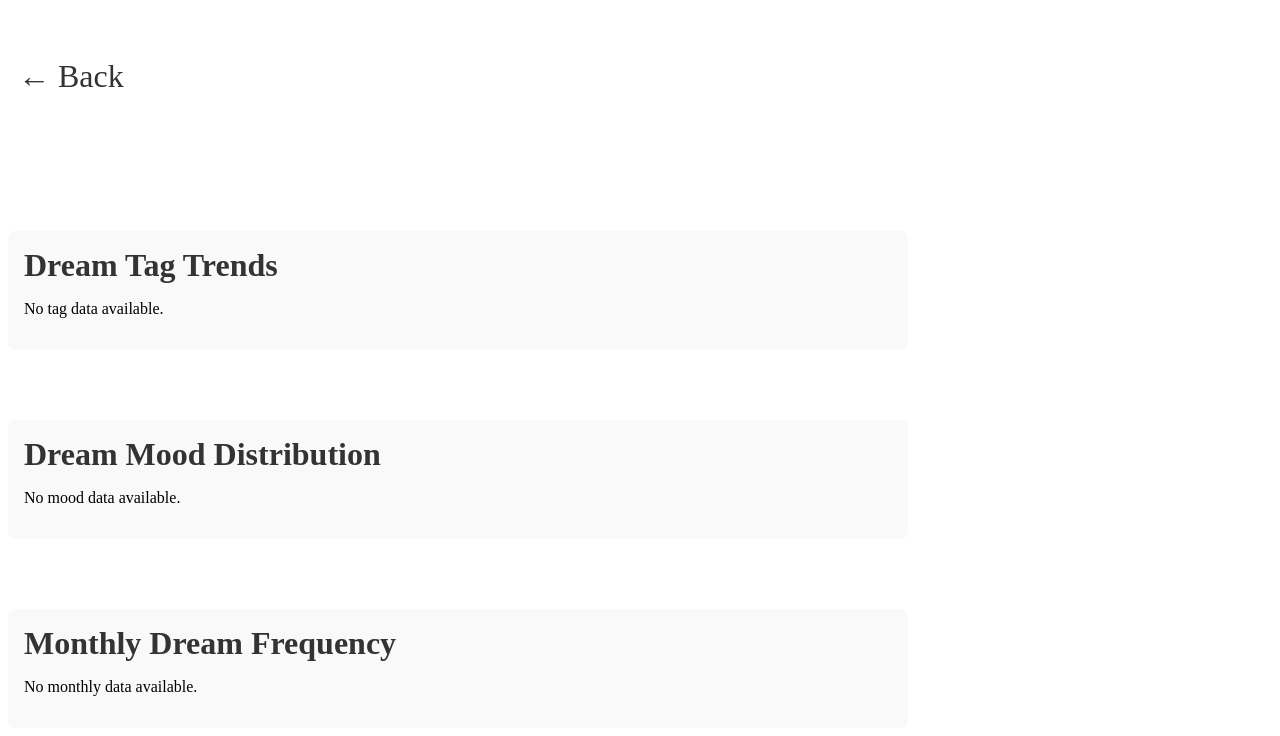
Repository: software-students-spring2025/2-web-app-blabla
Page: templates/analysis.html
An editor plug-in stored every save of this project. The page is shown before and after the next save, followed by the edit.
The browser window is 1280 px wide. The pictures show the whole page.
Some web fonts or font styles are not loaded; a fallback is used. The template is drawn by Flask 3. The application's start-up code is not run. Other server files are loaded and not shown. The template is opened directly, without the code that normally fills it, so the values that code supplies are empty.

Above is the page before, as saved 2025-03-02 15:38:37.

### templates/analysis.html
<!DOCTYPE html>
<html>
  <head>
    <title>Analysis Page</title>
    <link rel="stylesheet" href="/static/css/style.css">
    <link
      href="https://fonts.googleapis.com/css2?family=Indie+Flower&display=swap"
      rel="stylesheet"
    />
    <style>
      /* Center the container and give it a max width */
      .analysis-container {
        max-width: 900px;
        padding: 0;
      }

      /* Style the back link */
      .back-link {
        display: inline-block;
        margin-bottom: 1rem;
        text-decoration: none;
        font-size: 2rem;
        color: #333;
      }
      .back-link:hover {
        text-decoration: underline;
      }
      .trend-container {
        background: #f9f9f9;
        border-radius: 8px;
        padding: 1rem;
      }

      .trend-container + .trend-container {
        margin-top: 0;
        border-top: -10px solid #ddd;
      }

      .trend-container h2 {
        margin: 0 0 1rem;
        font-size: 2rem;
        color: #333;
      }

      .trend-container ul {
        list-style-type: none;
        padding-left: 0;
      }
      .trend-container li {
        margin-bottom: 0.5rem;
        font-size: 1.5rem;
      }
    </style>
  </head>
  <body>
    <div class="analysis-container">
      <!-- Back link -->
      <a class="back-link" href="/home">← Back</a>

      <!-- 1) Tag Trends -->
      <div class="trend-container">
        <h2>Dream Tag Trends</h2>
        {% if tag_trends %}
          <ul>
            {% for trend in tag_trends %}
              <li><strong>{{ trend._id }}:</strong> {{ trend.count }} dreams</li>
            {% endfor %}
          </ul>
        {% else %}
          <p>No tag data available.</p>
        {% endif %}
      </div>

      <!-- 2) Mood Distribution -->
      <div class="trend-container">
        <h2>Dream Mood Distribution</h2>
        {% if mood_trends %}
          <ul>
            {% for trend in mood_trends %}
              <li><strong>{{ trend._id }}:</strong> {{ trend.count }} dreams</li>
            {% endfor %}
          </ul>
        {% else %}
          <p>No mood data available.</p>
        {% endif %}
      </div>

      <!-- 3) Monthly Dream Frequency -->
      <div class="trend-container">
        <h2>Monthly Dream Frequency</h2>
        {% if month_trends %}
          <ul>
            {% for trend in month_trends %}
              <li>
                <strong>{{ trend._id.year }}-{{ trend._id.month }}:</strong>
                {{ trend.count }} dreams
              </li>
            {% endfor %}
          </ul>
        {% else %}
          <p>No monthly data available.</p>
        {% endif %}
      </div>
    </div>
  </body>
</html>

### static/css/style.css
@import url("https://fonts.googleapis.com/css2?family=Indie+Flower&display=swap");

body {
    font-family: 'Indie Flower', cursive;
    overflow-y:hidden
}

nav{
    display: flex;
    align-items: center;
    height: 100px;
    padding: 12px;
}

.home-container{
    padding:12px;
}

.search-icon{
    width: 60px;
    height: 60px;
}

.bubble-container {
    position: absolute;
    left: 50%;
    transform: translateX(-50%);
    display: flex;
    justify-content: center;
    align-items: stretch;
    width: 100vw;
    z-index: 2;
}

.bubble-img{
    height:860px;
    width: 1000px;
}

.bear-container{
    display:flex;
    flex-direction: column;
    justify-content: flex-end;
    height:90vh;
}

.dream-button{
    position:absolute;
    width:260px;
    height:198px;
    z-index: 2;
    font-size: 24pt;
    font-family: 'Indie Flower', cursive;
    top:80%;
    left: 50%;
    transform: translateX(-50%);
    fill:none;
    background-color: white;
    border: 12pt solid black;
    border-radius: 5pt;
}

.edit-container {
    display: flex;
    flex-direction: column;
    justify-content: space-between;
    width: 100vw;
    height: 100vh;
}

#tag-container{
    display:flex;
    justify-content: center;
    align-items: center;
    width:100vw;
    gap:50px;
    padding:12px;
    margin-top:80px;
}

.tag{
    width:156px;
    height:67px;
    font-size:24pt;
    background-color: transparent;
    border: 2pt solid black;
    border-radius: 5pt;

}

.back-link{
    font-size: 24pt;
    text-decoration: none;
    padding:50px 10px;
    color:black;
    display: block;
    text-align: left;
}

.input-container{
    display:flex;
    justify-content:center;
    margin-top: 40px;
}

#dream-description {
    width: 80%;
    max-width: 624px;
    height: 400px;
    padding: 10px;
    font-size: 18px;
    box-sizing: border-box;
    border: 2px solid black;
}

.button-container{
    display:flex;
    justify-content:center;
    gap:15px;
    margin-top:40px;
}

.edit-button{
    width: 156px;
    height:67px;
    font-size:24pt;
    background-color: transparent;
    border: 2px solid black;
    border-radius: 5px
}

.bear{
    display:flex;
    flex-direction: column;
    justify-content: flex-end;
    height:auto;
}

.analysis-container {
    display: flex;
    flex-direction: column;
    justify-content: space-between;
    width: 100vw;
    height: 100vh;
}

#dream-search{
    width:624px;
    height: 42px;
    font-size:24pt;
}

.login-container {
    display: flex;
    flex-direction: column;
    justify-content: center;
    align-items: center;
    width: 100vw;
    height: 100vh;
}

.input-container {
    display: flex;
    flex-direction: column;
    align-items: flex-start;
    margin-bottom: 15px;
}

.input-container label {
    font-size: 18px;
    margin-bottom: 5px;
}

.input-container input {
    width: 260px;
    height: 30px;
    font-size: 16px;
    border: 1px solid black;
    padding: 5px;
}

.button-container {
    margin-top: 20px;
}

.login-button {
    width: 260px;
    height: 40px;
    font-size: 18px;
    background-color: #D9D9D9;
    border: 2px solid black;
    border-radius: 5px;
    cursor: pointer;
}

.signup-text {
    font-size: 14px;
    margin-top: 15px;
}

.signup-link {
    font-size: 18px;
    font-weight: bold;
    text-decoration: none;
    color: black;
}

.login-image {
    width: 125px;
    height: 125px;
}

.signup-container {
    display: flex;
    flex-direction: column;
    justify-content: center;
    align-items: center;
    width: 100vw;
    height: 100vh;
}

.signup-button {
    width: 260px;
    height: 40px;
    font-size: 18px;
    background-color: #D9D9D9;
    border: 2px solid black;
    border-radius: 5px;
    cursor: pointer;
}

.signup-image {
    width: 125px;
    height: 125px;
}

.adddream-container {
    display: flex;
    flex-direction: column;
    justify-content: flex-start;
    align-items: center;
    width: 100vw;
    height: 100vh;
    padding: 20px;
}

.bear-header {
    margin-top: 60px;
    margin-bottom: 20px;
}
.bear-image {
    width: 150px;
    height: auto;
}

.date-container {
    margin-bottom: 20px;
    text-align: left;
    width: 80%;
    max-width: 624px;
}
.date-label {
    display: block;
    font-size: 16px;
    margin-bottom: 8px;
}
.date-inputs {
    display: flex;
    gap: 10px;
}
.date-inputs input {
    width: 90px;
    border: 1px solid black;
    padding: 5px;
    font-size: 16px;
    text-align: center;
}

.tags-container {
    margin-bottom: 20px;
    width: 80%;
    max-width: 624px;
}
.tags-container p {
    font-size: 16px;
    margin-bottom: 10px;
}
.tag {
    background-color: transparent;
    border: 2px solid black;
    border-radius: 5px;
    font-size: 18px;
    margin: 5px;
    padding: 5px 10px;
    cursor: pointer;
}

.description-container {
    width: 80%;
    max-width: 624px;
    margin-bottom: 20px;
}
.description-container label {
    display: block;
    font-size: 16px;
    margin-bottom: 8px;
}
#dream-description {
    width: 100%;
    height: 150px;
    border: 2px solid black;
    font-size: 16px;
    padding: 10px;
    box-sizing: border-box;
}

.save-dream-button {
    width: 220px;
    height: 40px;
    font-size: 18px;
    background-color: #D9D9D9;
    border: 2px solid black;
    border-radius: 5px;
    cursor: pointer;
}

.flash-message {
    font-weight: bold;
    margin: 10px 0;
  }

  .flash-message.error {
    color: red;
  }

  .flash-message.success {
    color: green;
  }
  /* Star Cloud Container */
  #star-container {
    position: absolute;
    top: 0;
    left: 0;
    width: 100%;
    height: 500px; /* 根据需要调整高度 */
    background: transparent;
    z-index: 3; /* 确保高于背景但低于其他关键元素 */
  }


  /* Star Button Style */
  .star {
    width: 50px;
    height: 50px;
    background: url("/static/images/star.svg") no-repeat center;
    background-size: contain;
    position: absolute;
    cursor: pointer;
  }

  /* Tooltip on hover for star button */
  .star:hover::after {
    content: attr(title);
    position: absolute;
    bottom: -25px;
    left: 0;
    background: rgba(255, 255, 255, 0.8);
    color: #000;
    padding: 3px 5px;
    border-radius: 3px;
    white-space: nowrap;
    z-index: 999;
  }

#search-box{
    width:300px;
    height:50px;
    font-size: 16pt;
    padding-left: 20px;
    display: none;
}

.analysis-button {
    font-family: 'Indie Flower', cursive;
    padding: 10px 20px;
    font-size: 24px;
    border: none;
    border-radius: 5px;
    cursor: pointer;
  }

.center-button-container {
    position: absolute;
    left: 50%;
    transform: translate(-50%, -50%);
}

After the next save:
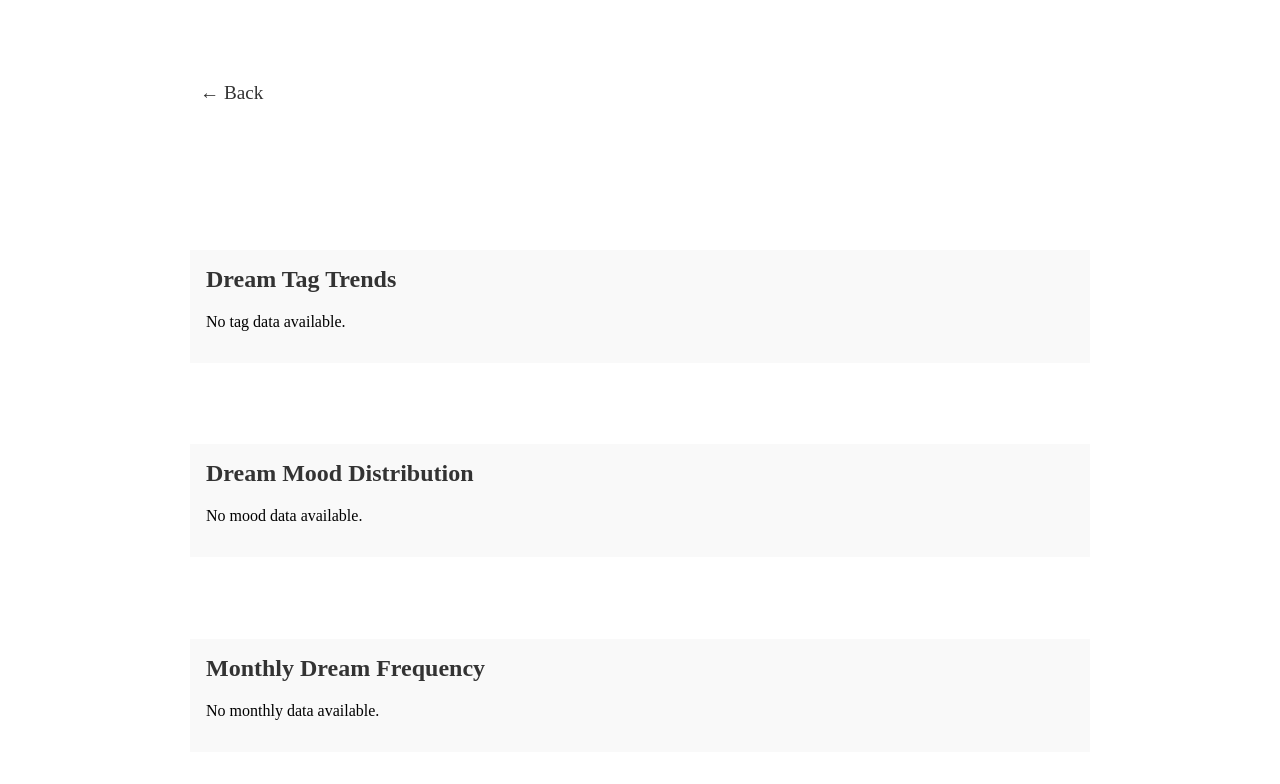
Saved 115 s later.
--- a/templates/analysis.html
+++ b/templates/analysis.html
@@ -3,58 +3,62 @@
   <head>
     <title>Analysis Page</title>
     <link rel="stylesheet" href="/static/css/style.css">
-    <link
-      href="https://fonts.googleapis.com/css2?family=Indie+Flower&display=swap"
-      rel="stylesheet"
-    />
+    <link href="https://fonts.googleapis.com/css2?family=Indie+Flower&display=swap" rel="stylesheet">
+    <!-- Inline styling for demonstration -->
     <style>
-      /* Center the container and give it a max width */
+      /* Container: centered, with a max width */
       .analysis-container {
         max-width: 900px;
-        padding: 0;
+        margin: 2rem auto; /* Centers horizontally and adds vertical spacing */
+        padding: 0;       /* No internal padding to keep blocks flush at the edges */
       }
 
-      /* Style the back link */
+      /* Back link style */
       .back-link {
         display: inline-block;
         margin-bottom: 1rem;
         text-decoration: none;
-        font-size: 2rem;
+        font-size: 1.2rem;
         color: #333;
       }
       .back-link:hover {
         text-decoration: underline;
       }
+
+      /* Trend blocks: gray background, no gaps between them */
       .trend-container {
         background: #f9f9f9;
-        border-radius: 8px;
         padding: 1rem;
+        margin: 0;           /* Remove top/bottom margin */
+        border-radius: 0;    /* Remove rounded corners if you want them flush */
       }
 
+      /* Ensure each block is directly stacked with no gap in between */
       .trend-container + .trend-container {
-        margin-top: 0;
-        border-top: -10px solid #ddd;
+        border-top: 2px solid white; /* Optional: a subtle separator line */
       }
 
+      /* Headings for each block */
       .trend-container h2 {
-        margin: 0 0 1rem;
-        font-size: 2rem;
+        margin-top: 0;
+        font-size: 1.5rem;
         color: #333;
       }
 
+      /* Trend lists */
       .trend-container ul {
         list-style-type: none;
         padding-left: 0;
+        margin: 0;
       }
       .trend-container li {
         margin-bottom: 0.5rem;
-        font-size: 1.5rem;
+        font-size: 1.1rem;
       }
     </style>
   </head>
   <body>
     <div class="analysis-container">
-      <!-- Back link -->
       <a class="back-link" href="/home">← Back</a>
 
       <!-- 1) Tag Trends -->
